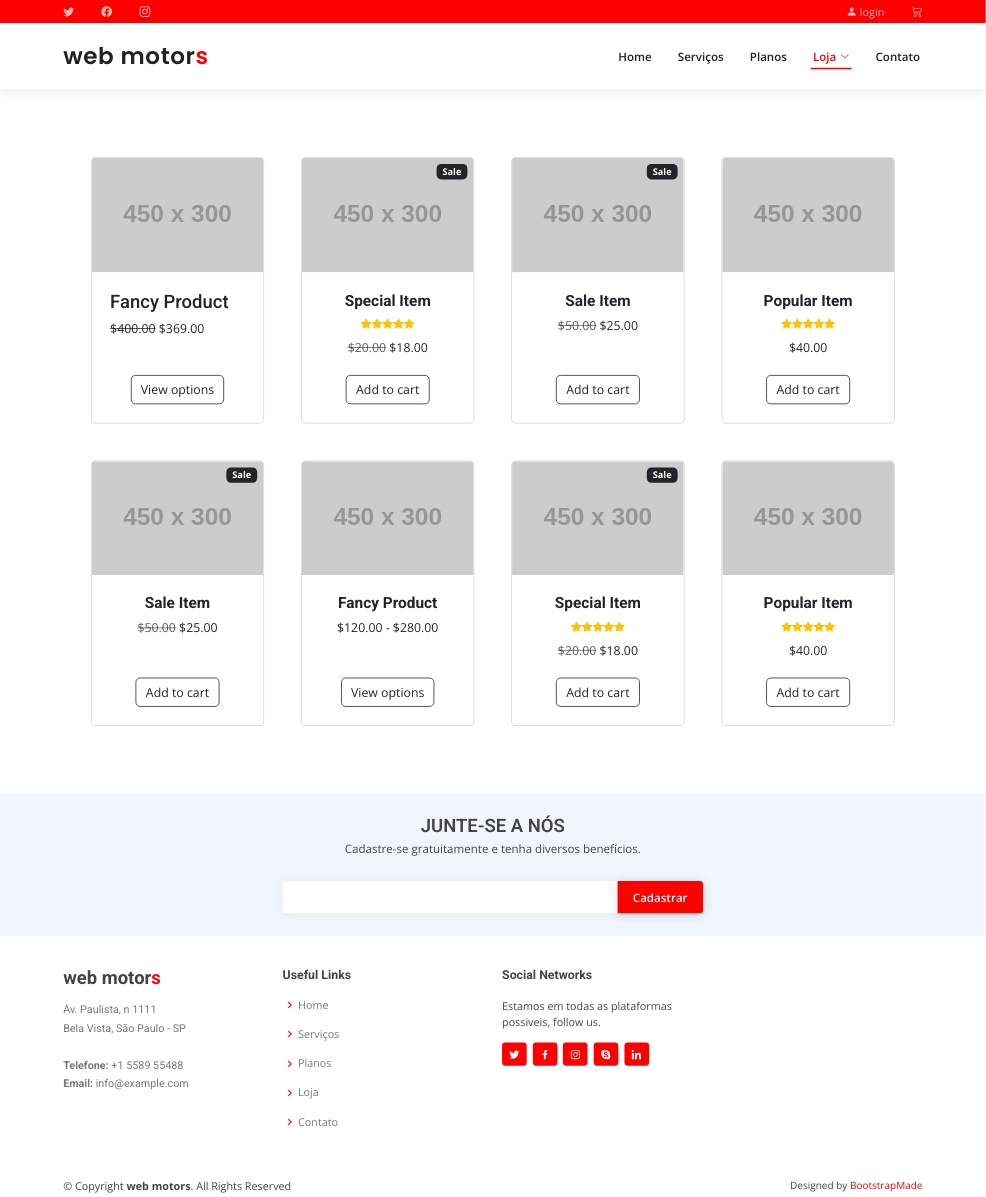
Repository: 01nethy/WebMotors
Page: produtos.html
These files come from the project's save history. The page is drawn as it stood at one moment and after the next save; the edit follows.
The browser window is 1280 px wide. The pictures show the whole page, at 77% of full size.

Above is the page before, as saved 2023-12-08 14:48:42.

After the next save:
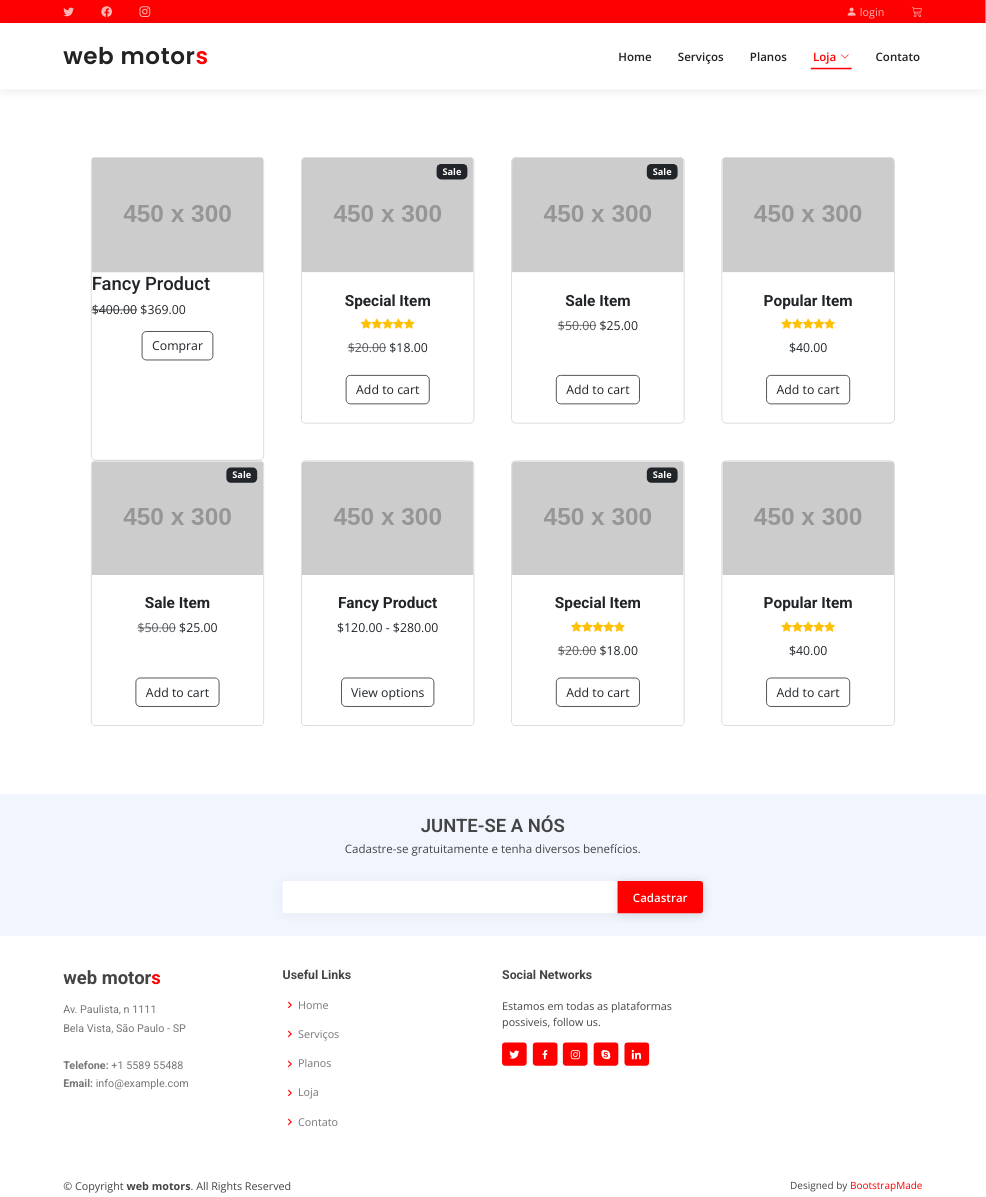
Saved 57 s later.
--- a/produtos.html
+++ b/produtos.html
@@ -93,22 +93,20 @@
     <section class="inner-page">
       <div class="container px-4 px-lg-5 mt-5">
         <div class="row gx-4 gx-lg-5 row-cols-2 row-cols-md-3 row-cols-xl-4 justify-content-center">
-          <div class="col mb-5">
-            <div class="card h-100">
-              <!-- Product image-->
-              <img class="card-img-top" src="https://dummyimage.com/450x300/dee2e6/6c757d.jpg" alt="..." />
-              <!-- Product details-->
-              <div class="card-body p-4">
-
-                  <!-- Product name-->
-                  <h4 class="">Fancy Product</h4>
-                  <p class="item-price">
-                    <strike>$400.00</strike> <span>$369.00</span>
-                  </p>
-              </div>
-              <!-- Product actions-->
-              <div class="card-footer p-4 pt-0 border-top-0 bg-transparent">
-                <div class="text-center"><a class="btn btn-outline-dark mt-auto" href="#">View options</a></div>
+          <div class="col">
+            <div class="card h-100">
+              <img class="img-responsive img-fluid" src="https://dummyimage.com/450x300/dee2e6/6c757d.jpg"
+                alt="...">
+              <div class="thumb-content">
+                <!-- Product name-->
+                <h4 class="">Fancy Product</h4>
+                <p class="item-price">
+                  <strike>$400.00</strike> <span>$369.00</span>
+                </p>
+              </div>
+              <div class="card-footer p-4 pt-0 border-top-0 bg-transparent">
+                <div class="text-center"><a class="btn btn-outline-dark mt-auto" href="#">Comprar</a>
+                </div>
               </div>
             </div>
           </div>
